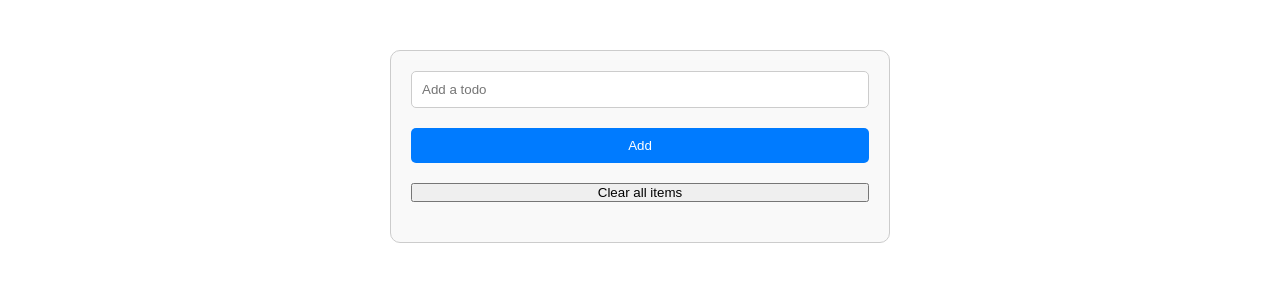
Repository: Fariadd/Vanilla-JS
Page: movieAPI/index.html
The author's editor kept a copy of each file at every save. The page is drawn from the files as they stood at one save, then again after the next save.
The browser window is 1280 px wide. The pictures show the whole page.

Above is the page before, as saved 2024-10-02 22:06:41.

After the next save:
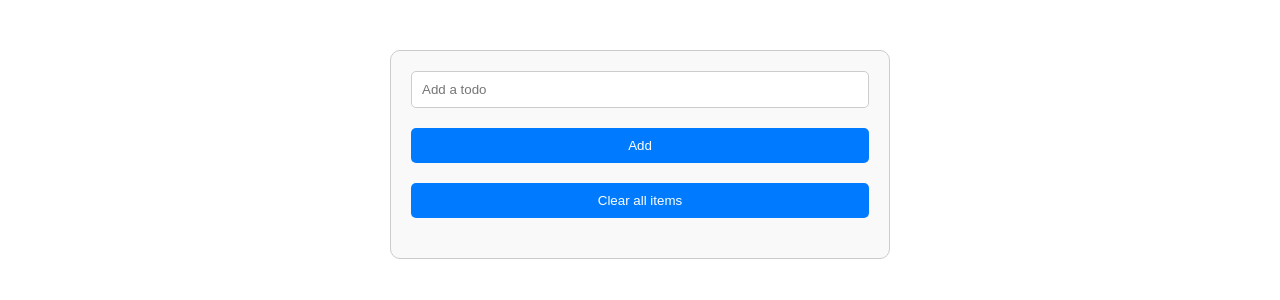
Saved 12 s later.
--- a/movieAPI/index.html
+++ b/movieAPI/index.html
@@ -17,7 +17,7 @@
           placeholder="filter items"
           id="filter"
         />
-        <button>Clear all items</button>
+        <button class="btn">Clear all items</button>
       </form>
 
       <ul class="card-list"></ul>
